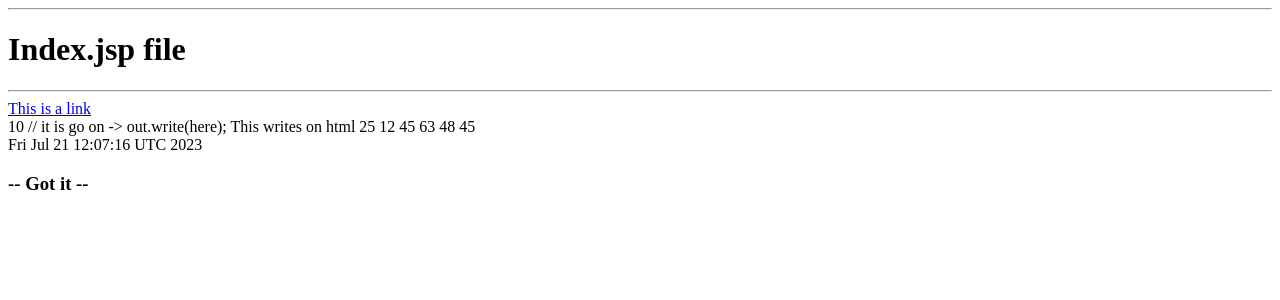
Repository: suraj-repositories/java-practice-2-advance-java-1
Page: http://localhost/Ad_09_JSPuse/
An editor plug-in stored every save of this project. The page is shown before and after the next save, followed by the edit.
The browser window is 1280 px wide. The pictures show the whole page.
The page is served by Tomcat 9.

Above is the page before, as saved 2023-07-21 13:49:25.

After the next save:
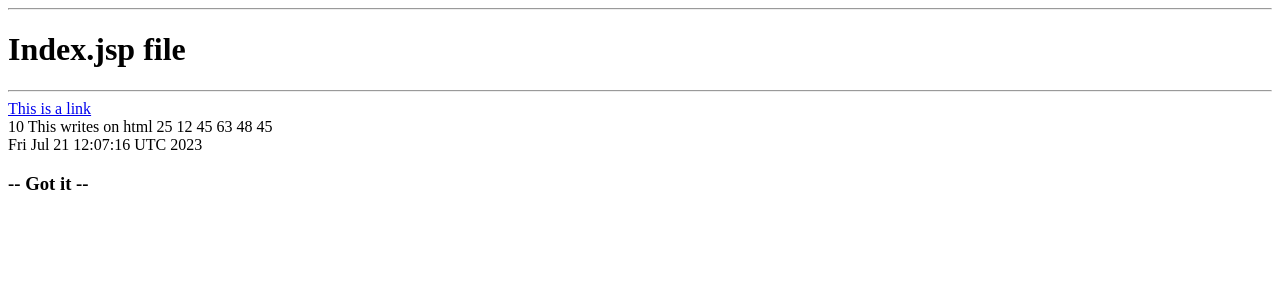
Saved 48 s later.
--- a/Ad_09_JSPuse/src/main/webapp/index.jsp
+++ b/Ad_09_JSPuse/src/main/webapp/index.jsp
@@ -22,7 +22,7 @@
 	}
 
 %>
-<%= sayHello(5) %>		// it is go on -> out.write(here);
+<%= sayHello(5) %>		<!-- it is go on -> out.write(here); -->
 
 
 <!-- SCTIPT LIT -->
